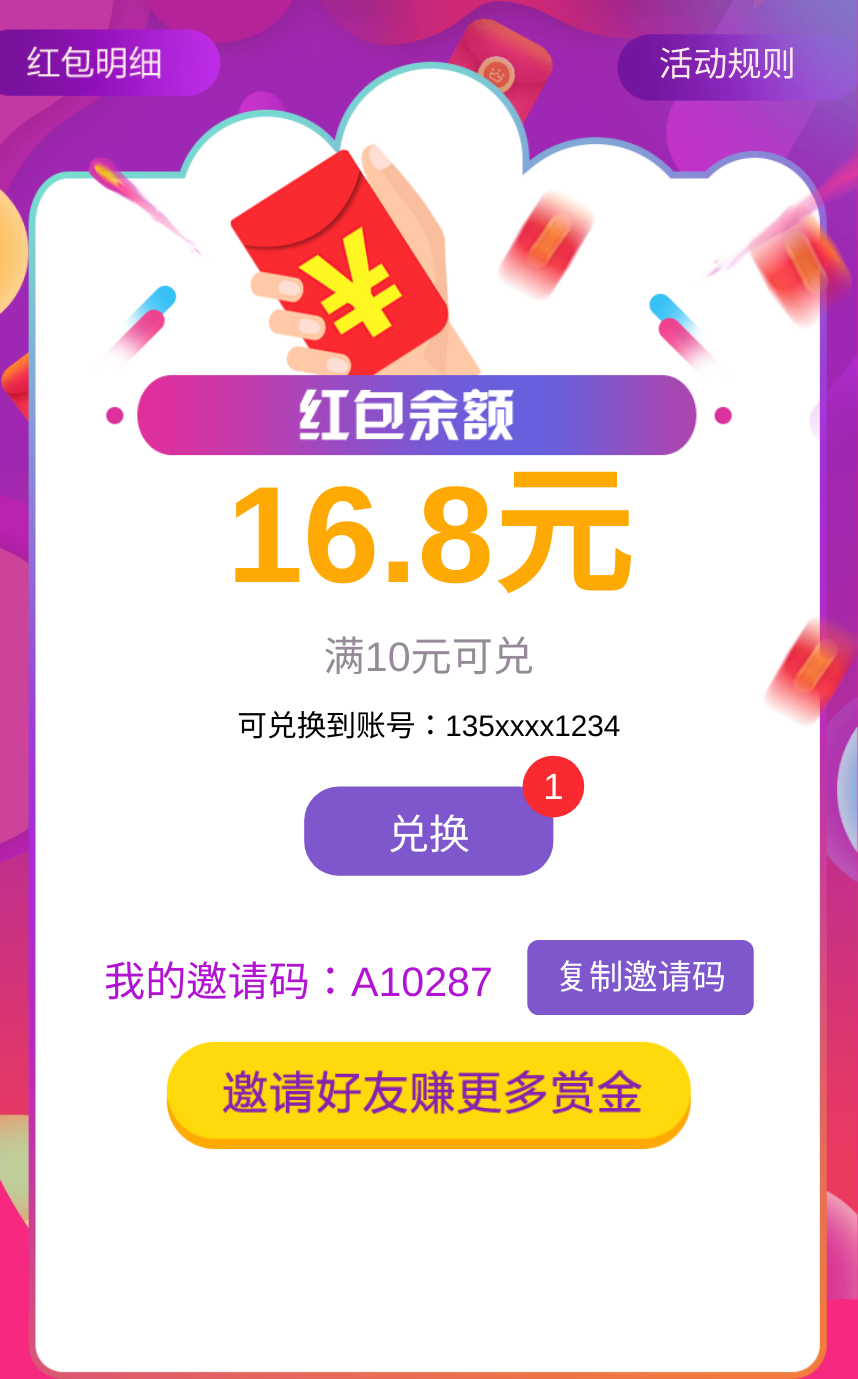
Repository: wangbiaozy/hb
Page: index_ye.html
The author's editor kept a copy of each file at every save. The page is drawn from the files as they stood at one save, then again after the next save.
The browser window is 1280 px wide. The pictures show the whole page, at 67% of full size.

Above is the page before, as saved 2018-08-17 16:38:40.

### index_ye.html
<!DOCTYPE html>
<html lang="en">
<head>
    <meta charset="UTF-8">
    <meta name="viewport" content="width=device-width, initial-scale=1.0, maximum-scale=1.0, minimum-scale=1.0, user-scalable=no">
    <meta http-equiv="X-UA-Compatible" content="ie=edge">
    <title>Document</title>
    <link rel="stylesheet" href="css/reset.min.css">
    <link rel="stylesheet/less" href="css/styles.less">
    <script src="js/less-1.7.0.min.js"></script>
</head>
<body>
    <section class="main">
        <a id="rule_btn" href="javascript:void(0)">活动规则</a>
        <!-- 红包余额页 -->
        <div class="balance">
            <a href="./index_hbmx.html"></a>
            <h2><span>16.8</span>元</h2>
            <p>满10元可兑</p>
            <p>可兑换到账号：<span>135xxxx1234</span></p>
            <div class="act">
                <a href="javascript:void(0)">兑换</a>
                <span>1</span>
            </div>
            <div>
                <p>我的邀请码：<span class="code_text">A10287</span></p>
                <a class="copy_btn" data-clipboard-text href="javascript:void(0)">复制邀请码</a>
            </div>
            <a href="javascript:void(0)"></a>
        </div>
    </section>
    <!-- 兑换弹窗 -->
    <section class="conversion">
        <div>
            <input type="text" placeholder="请输入邀请码激活话费红包">
            <a href="">粘贴邀请码</a>
        </div>
        <!-- class="show" 显示 -->
        <p>激活失败，请先打开好友分享的活动链接，帮好友拆红包</p>
        <div>
            <a class="close" href="javascript:void(0)"></a>
            <a class="close" href="javascript:void(0)"></a>
        </div>
    </section>
    <!-- 活动规则弹窗 -->
    <section class="rule">
        <a href="javascript:void(0)"></a>
        <ul>
            <li>1.活动期间，用户通过10086App开屏页，首页轮播图进入活动，领取10元的话费红包。自己可拆开随机金，剩余金额需分享并邀请好友帮忙拆开，每位可帮忙拆开随机金额，全部拆完即可兑换话费。</li>
            <li>2.邀请拆  红包的好友需为新注册10086App的用户，好友在活动页面输入邀请人的邀请码才能成功帮好友拆开红包，好友帮助拆开红包后同时可获得一个话费红包。</li>
            <li>3.用户需在当前红包全部拆完后，才可开启下一个红包。</li>
            <li>4.活动期间一经发现违规等恶意操作等作弊行为将取消获奖资格。</li>
            <li>5.活动期间，用户需持续下载并的登陆110086App，否则话费奖品无法发放。</li>
        </ul>
        <a href="javascript:void(0)"></a>
    </section>
    <!-- 兑换成功弹窗 -->
    <section class="tc_success">
        <a href="javascript:void(0)"></a>
        <div>
            <a class="close" href="javascript:void(0)"></a>
        </div>
    </section>
    <!-- 遮罩层 -->
    <section class="mask" id="mask"></section>
</body>
</html>
<script src="js/jquery-1.10.1.min.js"></script>
<script src="js/clipboard.min.js"></script>
<script src="js/index.js"></script>
<script>
    var clipboard = new ClipboardJS('.copy_btn');
</script>

### css/reset.min.css
@charset "utf-8";
/*默认样式清除和初始化*/
body,h1,h2,h3,h4,h5,h6,hr,p,blockquote,dl,dt,dd,ul,ol,li,button,input,textarea,th,td{margin:0;padding:0}body{font-size:12px;font-style:normal;font-family:"\5FAE\8F6F\96C5\9ED1",Helvetica,sans-serif}small{font-size:12px}h1{font-size:18px}h2{font-size:16px}h3{font-size:14px}h4,h5,h6{font-size:100%}ul,ol{list-style:none}a{text-decoration:none;background-color:transparent}a:hover,a:active{outline-width:0;text-decoration:none}table{border-collapse:collapse;border-spacing:0}hr{border:0;height:1px}img{border-style:none}img:not([src]){display:none}svg:not(:root){overflow:hidden}html{-webkit-touch-callout:none;-webkit-text-size-adjust:100%}input,textarea,button,a{-webkit-tap-highlight-color:rgba(0,0,0,0)}article,aside,details,figcaption,figure,footer,header,main,menu,nav,section,summary{display:block}audio,canvas,progress,video{display:inline-block}audio:not([controls]),video:not([controls]){display:none;height:0}progress{vertical-align:baseline}mark{background-color:#ff0;color:#000}sub,sup{position:relative;font-size:75%;line-height:0;vertical-align:baseline}sub{bottom:-0.25em}sup{top:-0.5em}button,input,select,textarea{font-size:100%;outline:0}button,input{overflow:visible}button,select{text-transform:none}textarea{overflow:auto}button,html [type="button"],[type="reset"],[type="submit"]{-webkit-appearance:button}button::-moz-focus-inner,[type="button"]::-moz-focus-inner,[type="reset"]::-moz-focus-inner,[type="submit"]::-moz-focus-inner{border-style:none;padding:0}button:-moz-focusring,[type="button"]:-moz-focusring,[type="reset"]:-moz-focusring,[type="submit"]:-moz-focusring{outline:1px dotted ButtonText}[type="checkbox"],[type="radio"]{box-sizing:border-box;padding:0}[type="number"]::-webkit-inner-spin-button,[type="number"]::-webkit-outer-spin-button{height:auto}[type="search"]{-webkit-appearance:textfield;outline-offset:-2px}[type="search"]::-webkit-search-cancel-button,[type="search"]::-webkit-search-decoration{-webkit-appearance:none}::-webkit-input-placeholder{color:inherit;opacity:.54}::-webkit-file-upload-button{-webkit-appearance:button;font:inherit}.clear:after{display:block;height:0;content:"";clear:both}
*{ -webkit-tap-highlight-color: rgba(0,0,0,0);-webkit-tap-highlight-color: transparent; /* For some Androids */ }

### js/index.js
(function (doc, win) {
    var docEl = doc.documentElement,
        resizeEvt = 'orientationchange' in window ? 'orientationchange' : 'resize',
        recalc = function () {
            var clientWidth = docEl.clientWidth;
            if (!clientWidth) return;
            docEl.style.fontSize = 100 * (clientWidth / 750) + 'px';
        };
    if (!doc.addEventListener) return;
    win.addEventListener(resizeEvt, recalc, false);
    doc.addEventListener('DOMContentLoaded', recalc, false);
})(document, window);
$(function () {

    //复制按钮属性等于验证码值
    (function(){
        $('.copy_btn').attr('data-clipboard-text',$('.code_text').text());
    })();

    //重新加载
    $('#reload').on('click',function(){
        window.location.reload();
    });
    //显示非中奖页背景
    function showFirstPageBg(){
        $('.main').removeClass('result');
    }
    //显示中奖页背景
    function showResultPageBg(){
        $('.main').addClass('result');
    }
    //显示活动规则弹窗
    $('#rule_btn').on('click',function(){
        $('.rule').show();
        showMask();
    });
    //关闭活动规则弹窗
    function hideRuleModel(){
        $('.rule').hide();
        hideMask();
    }
    $('.rule').on('click','a',function(){
        hideRuleModel();
    });
    //首页赚钱攻略按钮
    $('#gl_btn').on('click',function(){
        $('.gl').show();
        showMask();
    })
    //首页抽红包按钮
    $('#cj').on('click',function(){
        //奖品金额随机数
        var num = (Math.random()*9+1).toFixed(2);
        $('#moneyText').text(num);
        $('.result').show();
        $('.f_page').hide();
        showResultPageBg();
    });

    //获奖页获奖名单滚动
    var listPanel = $('#J_Activity ul');
    var z = 0;
    function up() {
        listPanel.animate({
            'top': (z - .8) + 'rem'
        }, 1500, 'linear', function () {
            listPanel.css({'top': '0px'}).find("li:first").appendTo(listPanel);
            up();
        });
    }
    up();

    //获取验证码
    function getCodeStyle(btnId) {//btnId->jQ
        var orderTime = 60,
            timeLeft = orderTime,
            btn = btnId;
        function timeCount(){
            timeLeft-=1;
            if (timeLeft>0){
                btn.val(timeLeft+"s重新获取");
                setTimeout(timeCount,1000);
                btn.css({
                    background: '#a2a2a2',
                    color: '#ffffff'
                });
            }
            else {
                btn.val("获取验证码");
                btn.css({
                    background: '#76ca08',
                    color: '#ffffff'
                });
                timeLeft = orderTime;
                btn.removeAttr("disabled");
            }
        }
        btn.on('click', function () {
            $(this).attr("disabled",true);
            timeCount();
        });
    }
    getCodeStyle($('#codeBtn'));

    $('#helpBtn').on('click',function(){
        $('.login').show();
        showMask();
    });

    //显示弹窗
    function showModel(){
        $('.model').show();
        showMask();
    }

    //关闭弹窗
    $('.close').on('click',function(){
        $(this).parent().parent().hide();
        hideMask();
    });
    //显示遮罩层
    function showMask(){
        $("#mask").css("height",$(document).height());
        $("#mask").css("width",$(document).width());
        $("#mask").show();
        $('body').css('position','fixed');
    }
    //隐藏遮罩层
    function hideMask(){
        $("#mask").hide();
        $('body').css('position','unset');
    }
});

Loaded but not shown: js/less-1.7.0.min.js (library); js/jquery-1.10.1.min.js (library); js/clipboard.min.js (library)

After the next save:
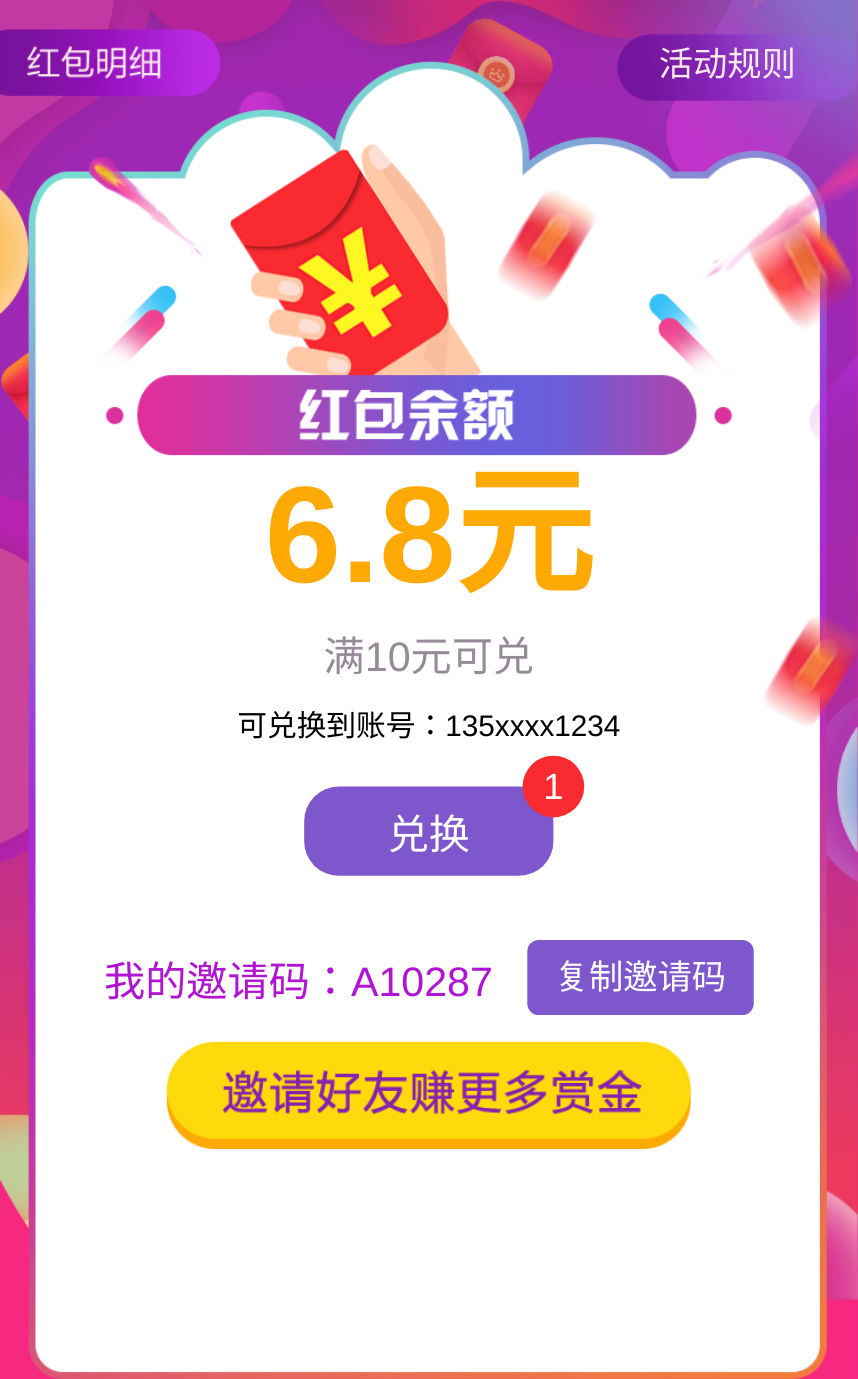
Saved 25 s later.
--- a/index_ye.html
+++ b/index_ye.html
@@ -15,7 +15,7 @@
         <!-- 红包余额页 -->
         <div class="balance">
             <a href="./index_hbmx.html"></a>
-            <h2><span>16.8</span>元</h2>
+            <h2 class="money"><span>6.8</span>元</h2>
             <p>满10元可兑</p>
             <p>可兑换到账号：<span>135xxxx1234</span></p>
             <div class="act">
